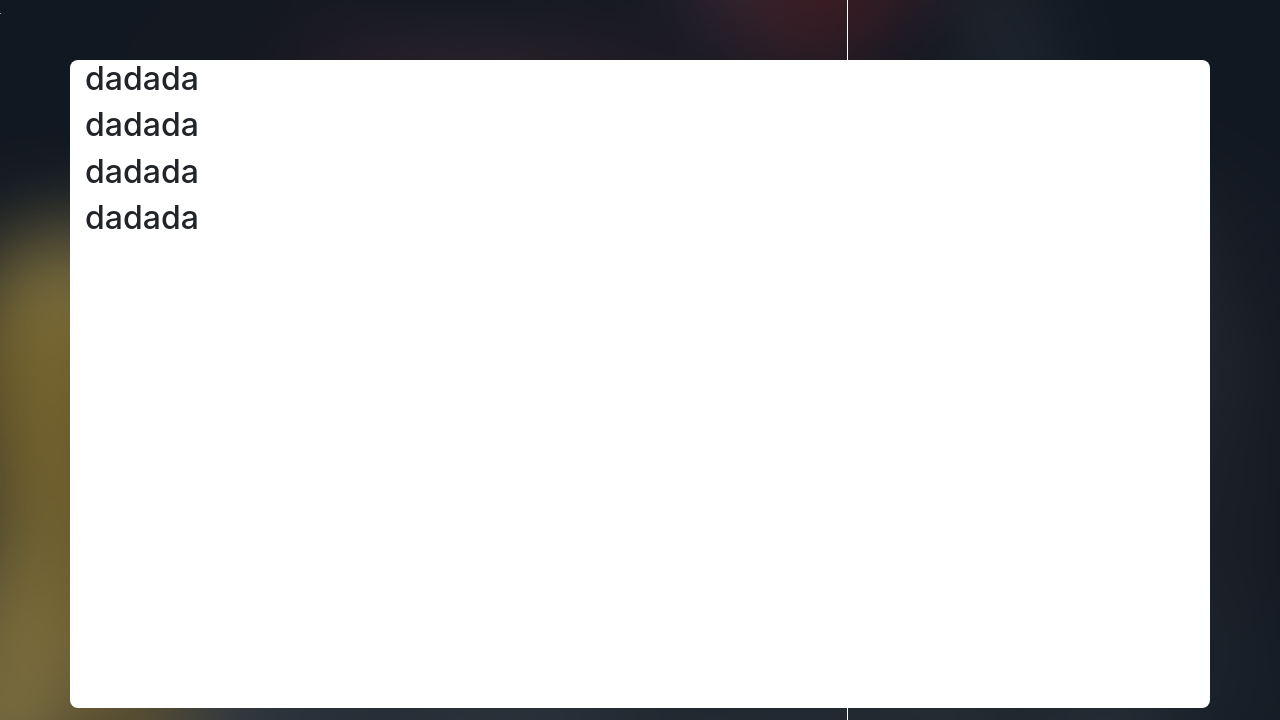
Repository: Yondo202/svProject
Page: /
These files come from the project's save history. The page is drawn as it stood at one moment and after the next save; the edit follows.
The browser window is 1280 px wide. The pictures show the whole page.
The project was rebuilt for these pictures with package versions that can differ from the ones it lists, and the page was loaded fresh each time. The framework's server and built-in components were replaced by stand-ins that run in the browser. Also part of the build but not shown: next.config.js.

Above is the page before, as saved 2020-11-18 17:26:04.

After the next save:
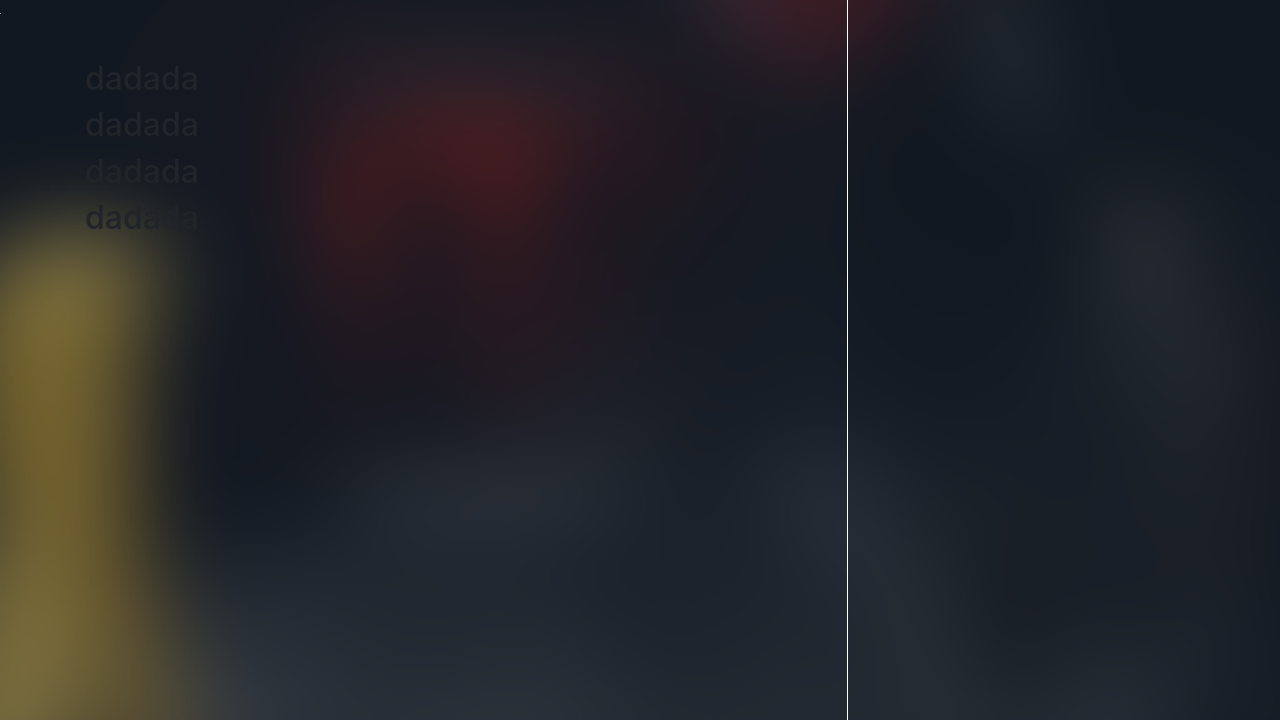
Saved 14 s later.
--- a/components/Forms.js
+++ b/components/Forms.js
@@ -17,7 +17,6 @@ export default Forms
 
 
 const Conainer = styled.div`
-    background-color:white;
     height:90vh;
     margin-top:5vh;
     border-radius:8px;

After the save that followed:
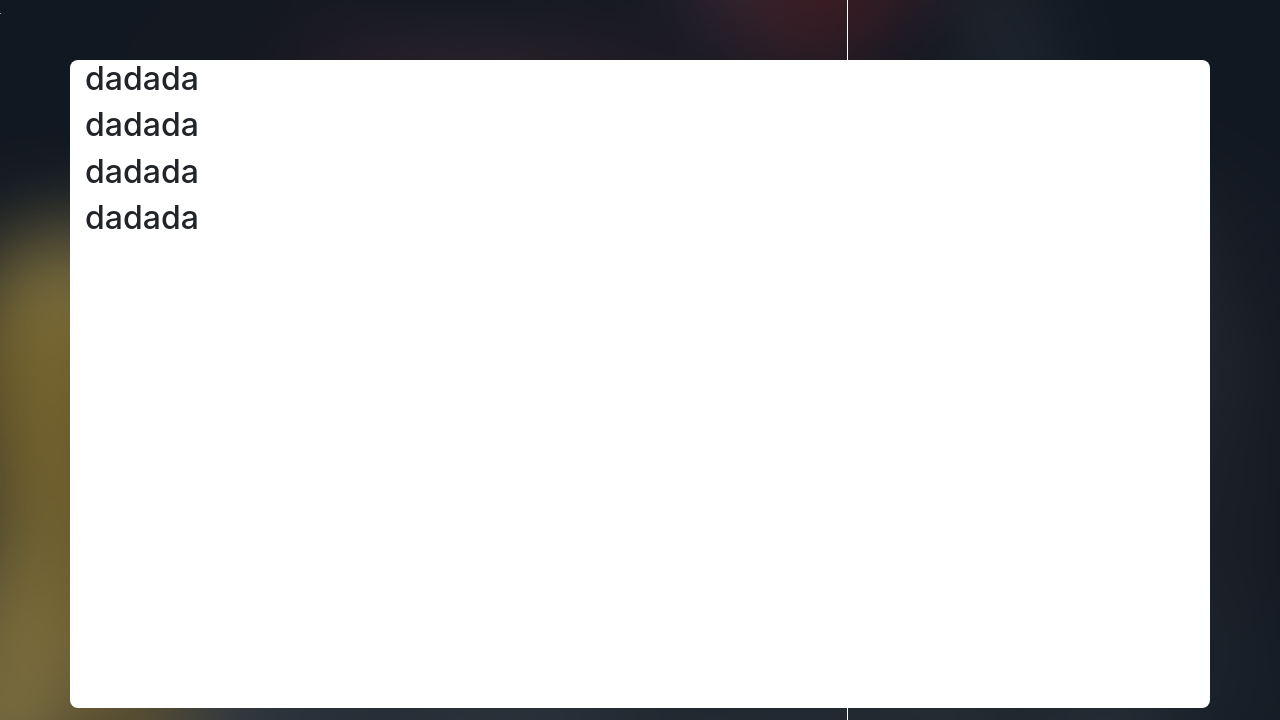
Saved 16 s later.
--- a/components/Forms.js
+++ b/components/Forms.js
@@ -4,7 +4,7 @@ import styled from 'styled-components'
 
 function Forms() {
     return (
-        <Conainer className="container">
+        <Conainer style={{backgroundColor:"white"}} className="container">
             <h2>dadada</h2>
             <h2>dadada</h2>
             <h2>dadada</h2>
